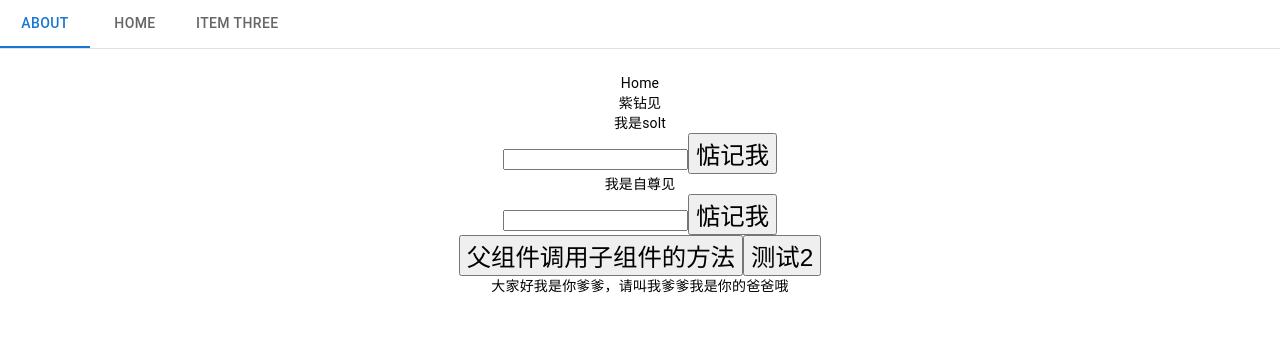
Repository: wupengwupeng/react-ts-vite
Page: /home
An editor plug-in stored every save of this project. The page is shown before and after the next save, followed by the edit.
The browser window is 1280 px wide. The pictures show the whole page.
The project was rebuilt for these pictures with package versions that can differ from the ones it lists, and the page was loaded fresh each time. Also part of the build but not shown: vite.config.ts, src/components/Test.tsx, src/components/TestTwo.tsx, src/components/count.tsx, src/page/about.tsx.

Above is the page before, as saved 2022-10-07 15:20:10.

### src/main.tsx
import React from "react";
import ReactDOM from "react-dom";
import { Provider } from 'react-redux';
import store from "./store/index";
import "./index.css";
import App from "./App";
import { BrowserRouter, Route, Routes } from "react-router-dom";
ReactDOM.render(
  <React.StrictMode>
    <BrowserRouter>
      <Provider store={store}>
        <App />
      </Provider>
    </BrowserRouter>
  </React.StrictMode>,
  document.getElementById("root")
);

### src/store/index.tsx
import { configureStore } from '@reduxjs/toolkit'
import counterReducer from './count'
export default configureStore({
  reducer: {
    counter: counterReducer,
  },
})

### src/App.tsx
import { useState } from "react";
import logo from "./logo.svg";
import "./App.css";
import { Outlet, Link, useRoutes, useParams } from "react-router-dom";
import routes from "./router";
function App() {
  let element = useRoutes(routes);
  return <div className="App">{element}</div>;
}

export default App;

### src/store/count.tsx
import { createSlice } from '@reduxjs/toolkit'

export const counterSlice = createSlice({
  name: 'counter',
  initialState: {
    value: 0,
  },
  reducers: {
    increment: (state) => {
      // Redux Toolkit allows us to write "mutating" logic in reducers. It
      // doesn't actually mutate the state because it uses the Immer library,
      // which detects changes to a "draft state" and produces a brand new
      // immutable state based off those changes
      state.value += 1
    },
    decrement: (state) => {
      state.value -= 1
    },
    incrementByAmount: (state, { payload }) => {
      console.log(payload);
      console.log(payload, "action");
      if (payload.type = 'add') {
        state.value += payload.payload
      }
    },
  },
})

// Action creators are generated for each case reducer function
export const { increment, decrement, incrementByAmount } = counterSlice.actions

export default counterSlice.reducer

### src/App.css
.App {
  text-align: center;
}

.App-logo {
  height: 40vmin;
  pointer-events: none;
}

@media (prefers-reduced-motion: no-preference) {
  .App-logo {
    animation: App-logo-spin infinite 20s linear;
  }
}

.App-header {
  background-color: #282c34;
  min-height: 100vh;
  display: flex;
  flex-direction: column;
  align-items: center;
  justify-content: center;
  font-size: calc(10px + 2vmin);
  color: white;
}

.App-link {
  color: #61dafb;
}

@keyframes App-logo-spin {
  from {
    transform: rotate(0deg);
  }
  to {
    transform: rotate(360deg);
  }
}

button {
  font-size: calc(10px + 2vmin);
}

.typing-card {
  width: 200px;
  height: 30px;
  background: red;
}

### src/router/index.tsx
import { Routes, Route } from "react-router-dom";
import type { RouteObject } from "react-router-dom";
import { LayOut } from "../layout";
import { About } from "../page/about";
import { Home } from "../page/home";
const routes: RouteObject[] = [
  {
    path: "/",
    element: <LayOut />,
    children: [
      {
        index: true,
        element: <About />,
      },
      {
        path: "/home",
        element: <Home />,
      },
    ],
  },
];

export default routes;

### src/layout/index.tsx
import { Outlet, Link } from "react-router-dom";
import BasicTabs from './nav/index'
export function LayOut() {
  return (
    <div>
      <BasicTabs />
    </div>
  );
}

### src/page/home.tsx
import Child from "@/components/child";
import ChildRef from "@/components/childRef";
import { useState, useRef } from "react";
import { TypingCard } from "@/components/TypingCard/index";
export function Home() {
  const [name, setName] = useState("WUPENG");
  const [age, setAge] = useState(12);
  const childRef: any = useRef();
  const cdRef: any = useRef();
  const innerRef: any = useRef();
  const source = "大家好我是你爹爹，请叫我爹爹我是你的爸爸哦";
  const emit = (val: any) => {
    console.log(val);
  };
  const openChildFun = () => {
    console.log(childRef, "childRef");
    childRef.current.test();
    console.log((childRef.current.ref.current.style.width = "10px"));

    console.log(childRef.current.name);
    console.log(cdRef.current, "cdRef");
    cdRef.current.style.color = "red";
  };
  const handerTest = () => {
    console.log(innerRef, "innerRef");
  };
  return (
    <div>
      Home
      <Child
        onRef={childRef}
        slot={<div>我是solt</div>}
        {...{ name, age }}
        emit={emit}
      />
      <ChildRef forwardRef={cdRef} innerRef={innerRef}></ChildRef>
      <button onClick={openChildFun}>父组件调用子组件的方法</button>
      <button onClick={handerTest}>测试2</button>
      <TypingCard source={source}></TypingCard>
    </div>
  );
}

### src/layout/nav/index.tsx
import * as React from 'react';
import Tabs from '@mui/material/Tabs';
import Tab from '@mui/material/Tab';
import Typography from '@mui/material/Typography';
import Box from '@mui/material/Box';

import { Outlet, Link, useNavigate } from "react-router-dom";


interface TabPanelProps {
    children?: React.ReactNode;
    index: number;
    value: number;
}

function TabPanel(props: TabPanelProps) {
    const { children, value, index, ...other } = props;
    console.log(props);

    return (
        <div
            role="tabpanel"
            hidden={value !== index}
            id={`simple-tabpanel-${index}`}
            aria-labelledby={`simple-tab-${index}`}
            {...other}
        >
            {value === index && (
                <Box sx={{ p: 3 }}>
                    <Typography component={'span'} variant={'body2'}>{children}</Typography>
                </Box>
            )}
        </div>
    );
}

function a11yProps(index: number) {
    return {
        id: `simple-tab-${index}`,
        'aria-controls': `simple-tabpanel-${index}`,
    };
}

export default function BasicTabs() {
    const [value, setValue] = React.useState(0);
    const nevicate = useNavigate();

    const handleChange = (event: React.SyntheticEvent, newValue: number) => {

        setValue(newValue);
        if (newValue === 1) {
            nevicate('/home')
        } else if (newValue === 2) {
            nevicate('/about')
        } else {
            nevicate('/')
        }
    };

    return (
        <Box sx={{ width: '100%' }}>
            <Box sx={{ borderBottom: 1, borderColor: 'divider' }}>
                <Tabs value={value} onChange={handleChange} aria-label="basic tabs example">
                    <Tab label="About" {...a11yProps(0)} />
                    <Tab label="Home" {...a11yProps(1)} />
                    <Tab label="Item Three" {...a11yProps(2)} />
                </Tabs>
            </Box>
            <TabPanel value={value} index={value}>
                <Outlet />
            </TabPanel>
        </Box>
    );
}

### src/components/child.tsx

import { useState, useRef, useImperativeHandle } from "react";
function child(props: any) {
  console.log(props, "sdfsdf");
  const [sex, setSex] = useState('男');
  const domRef: any = useRef();
  // 通过useImperativeHandle向外暴露一些ref能访问的属性和方法
  useImperativeHandle(props.onRef, () => {
    return {
      fu: fn,
      name: '张安',
      test: testFun,
      ref: domRef,
    }
  })
  const fn = () => {
    props.emit('wupeng');
  }
  const testFun = () => {
    console.log("给我执行方法");
  }
  return (
    <div>
      紫钻见
      {/* 类似vue中的v-slot 渲染slot中的dom节点 */}
      {props.slot}
      <input type="text" ref={domRef} />
      <button onClick={fn}>惦记我</button>
    </div>
  )
}

export default child;

### src/components/childRef.tsx

import { useState, forwardRef } from "react";
function childRef(propsS: any) {
  const [sex, setSex] = useState('男');
  const MyDiv = forwardRef((props, ref: any) => <div {...props} ref={ref}>我是自尊见</div>)
  const fn = () => {
    console.log("sdf");

  }
  const testFun = () => {
    console.log("给我执行方法");
  }
  return (
    <div>
      <MyDiv ref={propsS.forwardRef}></MyDiv>
      <input type="text" ref={propsS.innerRef} />
      <button onClick={fn}>惦记我</button>
    </div>
  )
}

export default childRef;

### src/components/TypingCard/index.tsx
import { useRef, useEffect } from "react";
import Typing from "@/utils/index";
export function TypingCard(props: any) {
  const { title, source } = props;

  const sourceEl: any = useRef();
  const outputEl: any = useRef();

  useEffect(() => {
    const typing = new Typing({
      source: sourceEl.current,
      output: outputEl.current,
      delay: 30,
    });
    typing.start();
  }, []);
  return (
    <div>
      <div
        style={{ display: "none" }}
        ref={sourceEl}
        dangerouslySetInnerHTML={{ __html: source }}
      />
      <div ref={outputEl} />
    </div>
  );
}

### src/utils/index.ts
class Typing {
  opts: any;
  source: any;
  output: any;
  delay: number;
  chain: any;
  constructor(opts: any) {
    this.opts = opts || {};
    this.source = opts.source;
    this.output = opts.output;
    this.delay = opts.delay || 120;
    this.chain = {
      parent: null,
      dom: this.output,
      val: [],
    };
    if (!(typeof this.opts.done === "function"))
      this.opts.done = function () {};
  }

  init() {
    //初始化函数
    this.chain.val = this.convert(this.source, this.chain.val);
  }

  convert(dom: HTMLElement, arr: any) {
    //将dom节点的子节点转换成数组，
    let children = Array.from(dom.childNodes);
    for (let i = 0; i < children.length; i++) {
      let node = children[i];
      if (node.nodeType === 3) {
        arr = arr.concat((node.nodeValue as string).split("")); //将字符串转换成字符串数组，后面打印时才会一个一个的打印
      } else if (node.nodeType === 1) {
        let val: any = [];
        val = this.convert(node as HTMLElement, val);
        arr.push({
          dom: node,
          val: val,
        });
      }
    }
    return arr;
  }

  print(dom: HTMLElement, val: any, callback: any) {
    setTimeout(function () {
      dom.appendChild(document.createTextNode(val));
      callback();
    }, this.delay);
  }

  play(ele: any) {
    //当打印最后一个字符时，动画完毕，执行done
    if (!ele.val.length) {
      if (ele.parent) this.play(ele.parent);
      else this.opts.done();
      return;
    }
    let current = ele.val.shift(); //获取第一个元素，同时删除数组中的第一个元素
    if (typeof current === "string") {
      this.print(ele.dom, current, () => {
        this.play(ele); //继续打印下一个字符
      });
    } else {
      let dom = current.dom.cloneNode(); //克隆节点，不克隆节点的子节点，所以不用加参数true
      ele.dom.appendChild(dom);
      this.play({
        parent: ele,
        dom,
        val: current.val,
      });
    }
  }

  start() {
    this.init();
    this.play(this.chain);
  }
}

export default Typing;

Loaded but not shown: index.html (common file); src/index.css (common file)

After the next save:
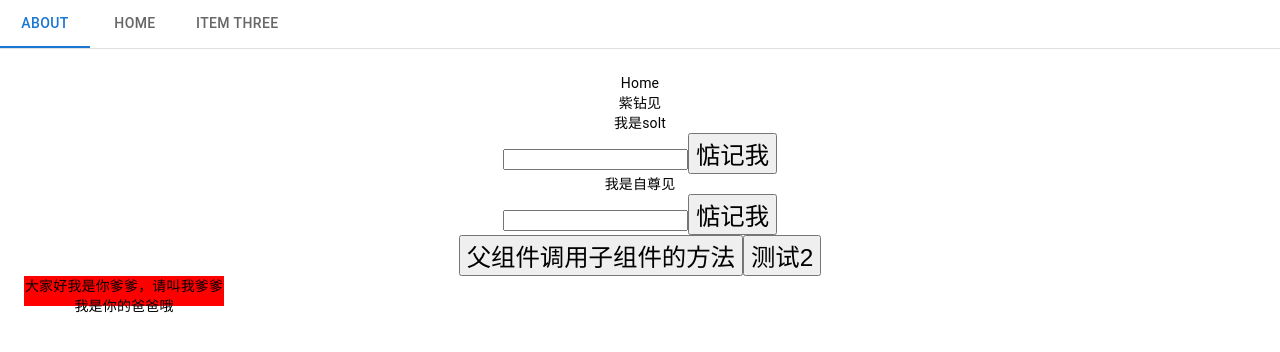
Saved 44 s later.
--- a/src/page/home.tsx
+++ b/src/page/home.tsx
@@ -36,7 +36,9 @@ export function Home() {
       <ChildRef forwardRef={cdRef} innerRef={innerRef}></ChildRef>
       <button onClick={openChildFun}>父组件调用子组件的方法</button>
       <button onClick={handerTest}>测试2</button>
-      <TypingCard source={source}></TypingCard>
+      <div class="typing-card">
+        <TypingCard source={source}></TypingCard>
+      </div>
     </div>
   );
 }
